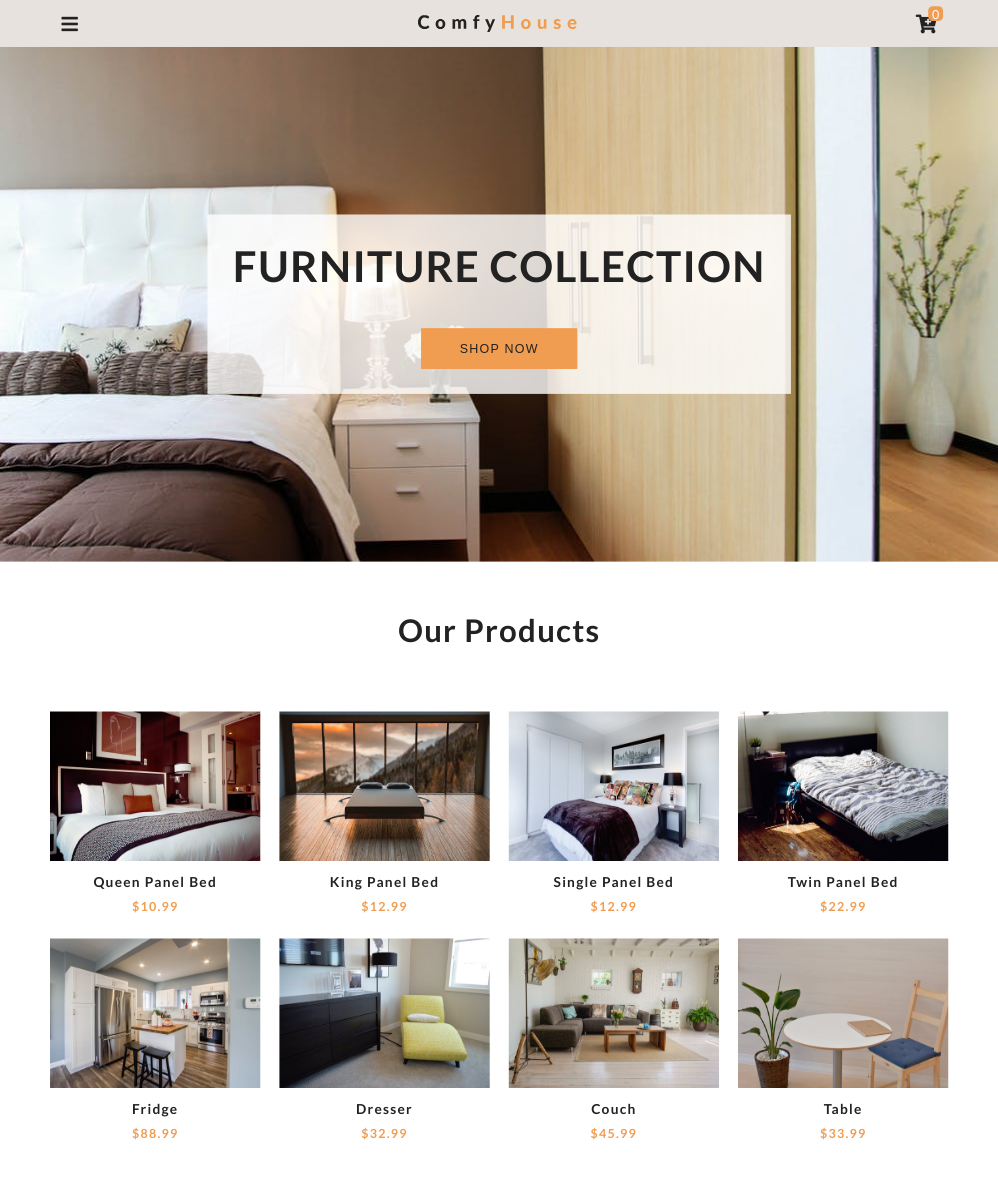
Repository: Henson-Kudi/js-cart-tuto
Page: index.html
An editor plug-in stored every save of this project. The page is shown before and after a run of saves, followed by the edit.
The browser window is 1280 px wide. The pictures show the whole page, at 78% of full size.
Some web libraries are served in a nearby version.

Above is the page before, as saved 2023-07-21 12:35:39.

### index.html
<!DOCTYPE html>
<html lang="en">

<head>
    <meta charset="UTF-8">
    <meta name="viewport" content="width=device-width, initial-scale=1.0">
    <title>Comfy House</title>

    <link rel="stylesheet"
        href="https://cdnjs.cloudflare.com/ajax/libs/font-awesome/5.14.0/css/all.min.css" />

    <link rel="stylesheet" href="main.css">
</head>

<body>
    <!-- nav Bar -->
    <nav class="navbar">
        <div class="navbar-center">
            <span class="nav-icon">
                <i class="fas fa-bars"></i>
            </span>
            <img src="./images/logo.svg" alt="logo" />

            <div class="cart-btn">
                <span class="nav-icon">
                    <i class="fas fa-cart-plus"></i>
                </span>
                <div class="cart-items">0</div>
            </div>
        </div>
    </nav>
    <!-- end of nav Bar -->


    <!-- Hero -->

    <header class="hero">
        <div class="banner">
            <h1 class="banner-title">
                Furniture collection
            </h1>
            <button class="banner-btn" id="shop-now">shop now</button>
        </div>
    </header>

    <!-- end of hero -->

    <!-- Products-->

    <section class="products">
        <div class="section-title">
            <h2>our products</h2>
        </div>
        <div class="products-center">
            <!-- single product -->


            <!-- end of single product -->
        </div>
    </section>

    <!-- end of products -->

    <!-- Cart -->

    <div class="cart-overlay">
        <div class="cart">
            <span class="close-cart">
                <i class="fas fa-window-close"></i>
            </span>
            <h2>Your cart</h2>
            <div class="cart-content">
                <!-- cart-item -->

                <!-- <div class="cart-item">

                    </div> -->

                <!-- end of cart item -->
            </div>
            <div class="cart-footer">
                <h3>Your total: $ <span class="cart-total">0</span></h3>
                <button class="clear-cart banner-btn">Clear cart</button>
            </div>
        </div>
    </div>

    <!-- End of Cart -->


    <!-- contentful -->
    <!-- <script
        src="https://cdn.jsdelivr.net/npm/contentful@latest/dist/contentful.browser.min.js"></script> -->
    <!-- app.js -->
    <script src="index.js" type="module"></script>
</body>

</html>

### main.css
@import url("https://fonts.googleapis.com/css?family=Lato:400,700");

:root {
  --primaryColor: #f09d51;
  --mainWhite: #fff;
  --mainBlack: #222;
  --mainGrey: #ececec;
  --mainSpacing: 0.1rem;
  --mainTransition: all 0.3s linear;
}
* {
  margin: 0;
  padding: 0;
  box-sizing: border-box;
}
body {
  color: var(--mainBlack);
  background: var(--mainWhite);
  font-family: "Lato", sans-serif;
}
/* --------------- Navbar ---------------- */
.navbar {
  position: sticky;
  top: 0;
  height: 60px;
  width: 100%;
  display: flex;
  align-items: center;
  background: rgb(231, 226, 221);
  z-index: 1;
}
.navbar-center {
  width: 100%;
  max-width: 1170px;
  margin: 0 auto;
  display: flex;
  align-items: center;
  justify-content: space-between;
  padding: 0 1.5rem;
}
.nav-icon {
  font-size: 1.5rem;
}
.cart-btn {
  position: relative;
  cursor: pointer;
}
.cart-items {
  position: absolute;
  top: -8px;
  right: -8px;
  background: var(--primaryColor);
  padding: 0 5px;
  border-radius: 30%;
  color: var(--mainWhite);
}
/* --------------- End of Navbar ---------------- */
/* --------------- Hero ---------------- */
.hero {
  min-height: calc(100vh - 60px);
  background: url("./images/hero-bcg.jpeg") center/cover no-repeat;
  display: flex;
  align-items: center;
  justify-content: center;
}
.banner {
  text-align: center;
  background: rgba(255, 255, 255, 0.8);
  display: inline-block;
  padding: 2rem;
}
.banner-title {
  font-size: 3.4rem;
  text-transform: uppercase;
  letter-spacing: var(--mainSpacing);
  margin-bottom: 3rem;
}
.banner-btn {
  padding: 1rem 3rem;
  text-transform: uppercase;
  letter-spacing: var(--mainSpacing);
  font-size: 1rem;
  background: var(--primaryColor);
  color: var(--mainBlack);
  border: 1px solid var(--primaryColor);
  transition: var(--mainTransition);
  cursor: pointer;
}
.banner-btn:hover {
  background: transparent;
  color: var(--primaryColor);
}
/* --------------- End of Hero ---------------- */
/* --------------- Products ---------------- */

.products {
  padding: 4rem 0;
}
.section-title h2 {
  text-align: center;
  font-size: 2.5rem;
  margin-bottom: 5rem;
  text-transform: capitalize;
  letter-spacing: var(--mainSpacing);
}
.products-center {
  width: 90vw;
  margin: 0 auto;
  max-width: 1170px;
  display: grid;
  grid-template-columns: repeat(auto-fit, minmax(260px, 1fr));
  grid-column-gap: 1.5rem;
  grid-row-gap: 2rem;
}
.img-container {
  position: relative;
  overflow: hidden;
}
.bag-btn {
  position: absolute;
  top: 70%;
  right: 0;
  background: var(--primaryColor);
  border: none;
  text-transform: uppercase;
  padding: 0.5rem 0.75rem;
  letter-spacing: var(--mainSpacing);
  font-weight: bold;
  transition: var(--mainTransition);
  transform: translateX(101%);
  cursor: pointer;
}
.bag-btn:hover {
  color: var(--mainWhite);
}
.fa-shopping-cart {
  margin-right: 0.5rem;
}
.img-container:hover .bag-btn {
  transform: translateX(0);
}
.product-img {
  display: block;
  width: 100%;
  min-height: 12rem;
  transition: var(--mainTransition);
}
.img-container:hover .product-img {
  opacity: 0.5;
}

.product h3 {
  text-transform: capitalize;
  font-size: 1.1rem;
  margin-top: 1rem;
  letter-spacing: var(--mainSpacing);
  text-align: center;
}

.product h4 {
  margin-top: 0.7rem;
  letter-spacing: var(--mainSpacing);
  color: var(--primaryColor);
  text-align: center;
}

/* ---------------End of Products ---------------- */
/* --------------- Cart ---------------- */
.cart-overlay {
  position: fixed;
  top: 0;
  right: 0;
  width: 100%;
  height: 100%;
  transition: var(--mainTransition);
  background: rgb(240, 157, 81, 0.5);
  z-index: 2;
  visibility: hidden;
}
.cart {
  position: fixed;
  top: 0;
  right: 0;
  width: 100%;
  height: 100%;
  overflow: scroll;
  z-index: 3;
  background: rgb(231, 226, 221);
  padding: 1.5rem;
  transition: var(--mainTransition);
  transform: translateX(100%);
}
.showCart {
  transform: translateX(0);
}
.transparentBcg {
  visibility: visible;
}
@media screen and (min-width: 768px) {
  .cart {
    width: 30vw;
    min-width: 450px;
  }
}

.close-cart {
  font-size: 1.7rem;
  cursor: pointer;
}
.cart h2 {
  text-transform: capitalize;
  text-align: center;
  letter-spacing: var(--mainSpacing);
  margin-bottom: 2rem;
}
/*---------- Cart Item -------------------- */
.cart-item {
  display: grid;
  align-items: center;
  grid-template-columns: auto 1fr auto;
  grid-column-gap: 1.5rem;
  margin: 1.5rem 0;
}
.cart-item img {
  width: 75px;
  height: 75px;
}
.cart-item h4 {
  font-size: 0.85rem;
  text-transform: capitalize;
  letter-spacing: var(--mainSpacing);
}
.cart-item h5 {
  margin: 0.5rem 0;
  letter-spacing: var(--mainSpacing);
}
.item-amount {
  text-align: center;
}
.remove-item {
  color: grey;
  cursor: pointer;
}
.fa-chevron-up,
.fa-chevron-down {
  color: var(--primaryColor);
  cursor: pointer;
}
/*---------- End of Cart Item -------------------- */

.cart-footer {
  margin-top: 2rem;
  letter-spacing: var(--mainSpacing);
  text-align: center;
}
.cart-footer h3 {
  text-transform: capitalize;
  margin-bottom: 1rem;
}

/* --------------- End of Cart ---------------- */

### index.js
// import products from "./products.json" assert { type: "json" };

// console.log(products);

///////////////////////
// GLOBAL VARIABLES //
/////////////////////

const cartBtn = document.querySelector(".cart-btn");
const closeCartBtn = document.querySelector(".close-cart");
const cartOverlay = document.querySelector(".cart-overlay");
const cartDOM = document.querySelector(".cart");

const productsDOM = document.querySelector(".products-center");

let cart = [];

async function getProducts() {
    const productsData = await fetch("products.json");

    const products = await productsData.json();

    const items = products?.items?.map((product) => {
        // const { id } = product?.sys;
        const id = product.sys.id;

        const { price, title } = product?.fields;

        const image = product?.fields?.image?.fields?.file?.url;

        return {
            id,
            price,
            title,
            image,
        };
    });

    return items;
}

const displayProducts = (products = []) => {
    let productsHtml = "";

    products?.forEach((product) => {
        productsHtml += `
            <article class="product">
                    <div class="img-container">
                        <img src="${product.image}" alt="product" class="product-img">
                        <button class="bag-btn" data-id=${product.id}>
                            <i class="fas fa-shopping-cart"></i> add to cart
                        </button>
                    </div>
                    <h3>${product.title}</h3>
                    <h4>$${product.price}</h4>
                </article>
                `;
    });

    productsDOM.innerHTML = productsHtml;
};

/////////////////////
/////    LOGIC   ////
////////////////////

// - On page load, get all items in cart and save to variable called cart
// - populate cart page with all items in cart on page load
// -add functionality to open and close modal.
// - add listener to trigger add to cart on click of add to card buuton for each product then automatically disable button
// - add functionality to remove, increase and reduce item in cart

///////////// END /////////

const getCartItems = () => {
    const cartItems = localStorage.getItem("cart");

    return cartItems ? JSON.parse(cartItems) : [];
};

function showCart() {
    cartOverlay.classList.add("transparentBcg");
    cartDOM.classList.add("showCart");
}

function hideCart() {
    cartOverlay.classList.remove("transparentBcg");
    cartDOM.classList.remove("showCart");
}

// functionality helps us to setup the cart page by prepopulating the cart page with items thst had already been added to cart each time we load the page
function setupAPP() {
    cart = getCartItems();

    cartBtn.addEventListener("click", showCart);
    closeCartBtn.addEventListener("click", hideCart);
}

document.addEventListener("DOMContentLoaded", (E) => {
    setupAPP();
    getProducts()
        .then((response) => {
            displayProducts(response);
        })
        .catch((err) => {
            console.log(err);
        });
});

### products.json
{
  "items": [
    {
      "sys": { "id": "1" },
      "fields": {
        "title": "queen panel bed",
        "price": 10.99,
        "image": { "fields": { "file": { "url": "./images/product-1.jpeg" } } }
      }
    },
    {
      "sys": { "id": "2" },
      "fields": {
        "title": "king panel bed",
        "price": 12.99,
        "image": { "fields": { "file": { "url": "./images/product-2.jpeg" } } }
      }
    },
    {
      "sys": { "id": "3" },
      "fields": {
        "title": "single panel bed",
        "price": 12.99,
        "image": { "fields": { "file": { "url": "./images/product-3.jpeg" } } }
      }
    },
    {
      "sys": { "id": "4" },
      "fields": {
        "title": "twin panel bed",
        "price": 22.99,
        "image": { "fields": { "file": { "url": "./images/product-4.jpeg" } } }
      }
    },
    {
      "sys": { "id": "5" },
      "fields": {
        "title": "fridge",
        "price": 88.99,
        "image": { "fields": { "file": { "url": "./images/product-5.jpeg" } } }
      }
    },
    {
      "sys": { "id": "6" },
      "fields": {
        "title": "dresser",
        "price": 32.99,
        "image": { "fields": { "file": { "url": "./images/product-6.jpeg" } } }
      }
    },
    {
      "sys": { "id": "7" },
      "fields": {
        "title": "couch",
        "price": 45.99,
        "image": { "fields": { "file": { "url": "./images/product-7.jpeg" } } }
      }
    },
    {
      "sys": { "id": "8" },
      "fields": {
        "title": "table",
        "price": 33.99,
        "image": {
          "fields": {
            "file": {
              "url": "./images/product-8.jpeg"
            }
          }
        }
      }
    }
  ]
}

After the next 2 saves:
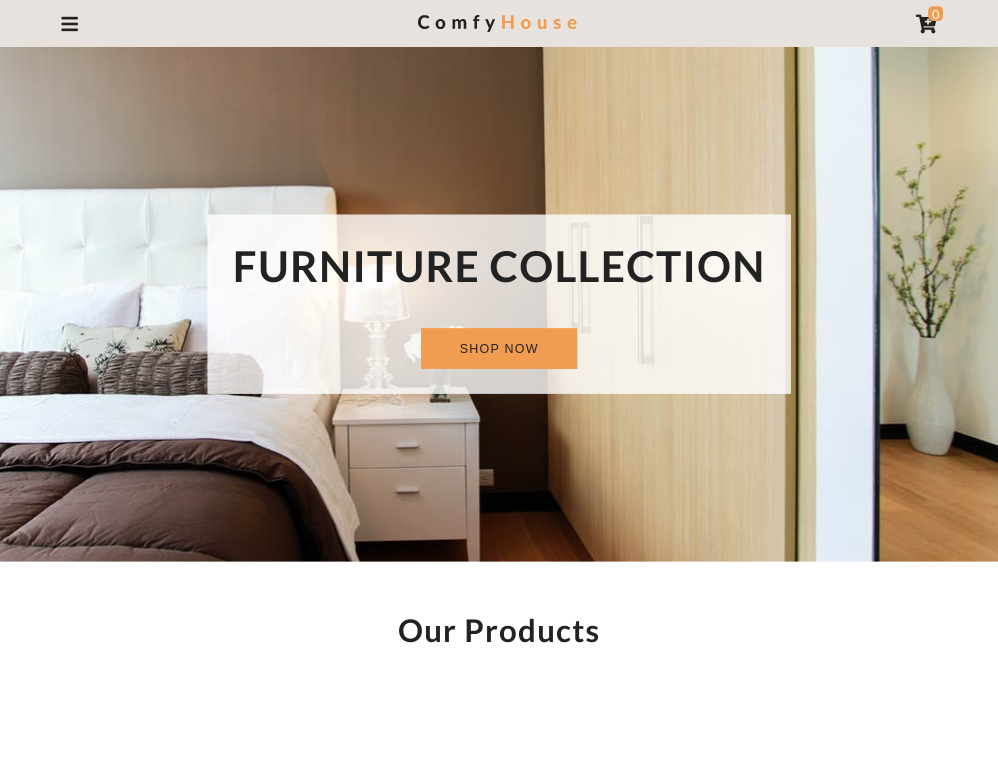
Console error: ReferenceError: showCart is not defined
The 2 saves are shown as one change because they came seconds apart.
The last was saved 32 s later.
--- a/index.js
+++ b/index.js
@@ -78,15 +78,17 @@
     return cartItems ? JSON.parse(cartItems) : [];
 };
 
-function showCart() {
-    cartOverlay.classList.add("transparentBcg");
-    cartDOM.classList.add("showCart");
-}
+// function showCart() {
+//     cartOverlay.classList.add("transparentBcg");
+//     cartDOM.classList.add("showCart");
+// }
 
-function hideCart() {
-    cartOverlay.classList.remove("transparentBcg");
-    cartDOM.classList.remove("showCart");
-}
+// function hideCart() {
+//     cartOverlay.classList.remove("transparentBcg");
+//     cartDOM.classList.remove("showCart");
+// }
+
+
 
 // functionality helps us to setup the cart page by prepopulating the cart page with items thst had already been added to cart each time we load the page
 function setupAPP() {

After the 5 saves that followed:
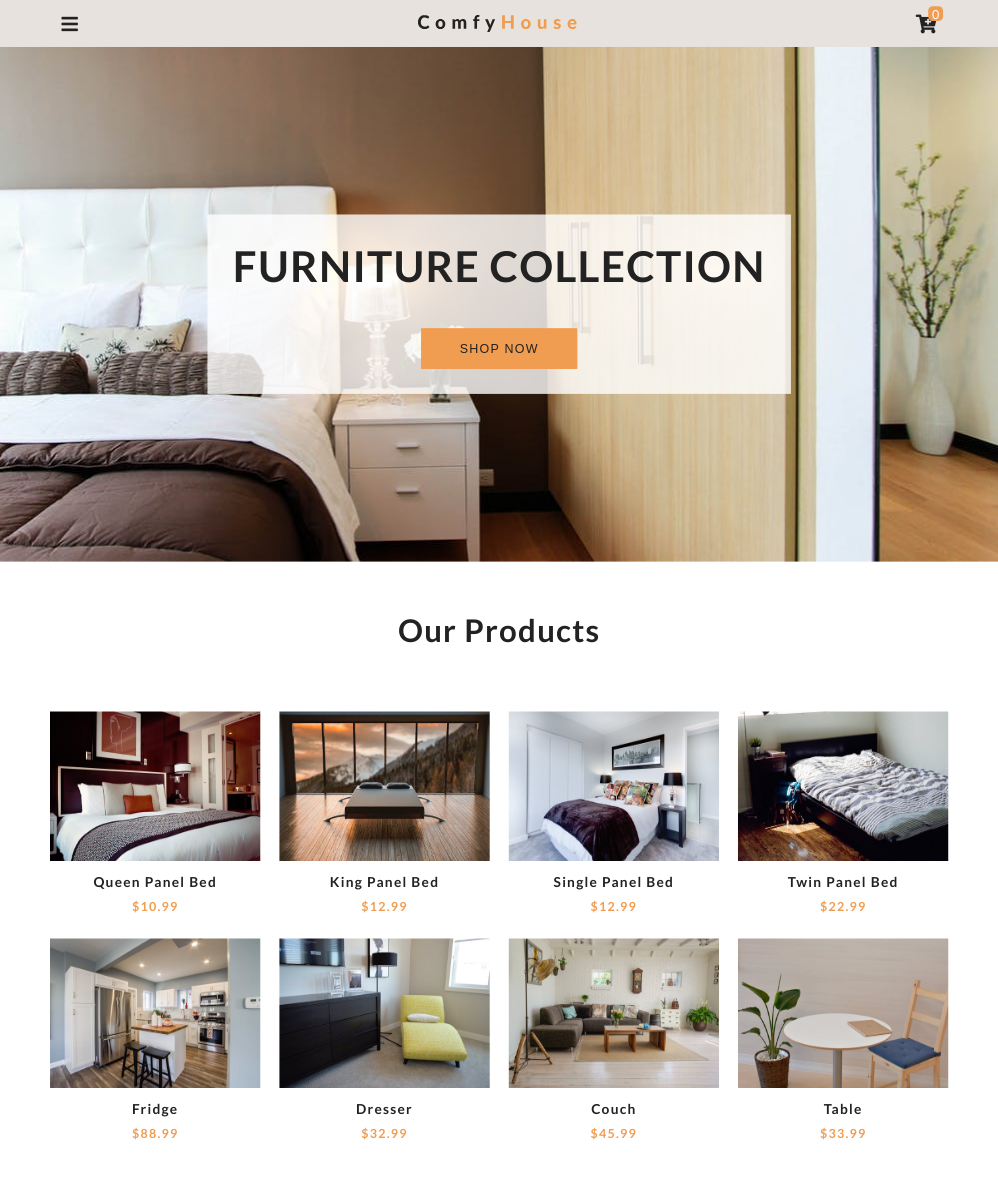
The error is gone.
The 5 saves are shown as one change because 3 left the picture as it was and some came seconds apart.
The last was saved 53 s later.
--- a/index.js
+++ b/index.js
@@ -88,14 +88,17 @@
 //     cartDOM.classList.remove("showCart");
 // }
 
-
+function toggleCart() {
+    cartOverlay.classList.toggle("transparentBcg");
+    cartDOM.classList.toggle("showCart");
+}
 
 // functionality helps us to setup the cart page by prepopulating the cart page with items thst had already been added to cart each time we load the page
 function setupAPP() {
     cart = getCartItems();
 
-    cartBtn.addEventListener("click", showCart);
-    closeCartBtn.addEventListener("click", hideCart);
+    cartBtn.addEventListener("click", toggleCart);
+    closeCartBtn.addEventListener("click", toggleCart);
 }
 
 document.addEventListener("DOMContentLoaded", (E) => {
